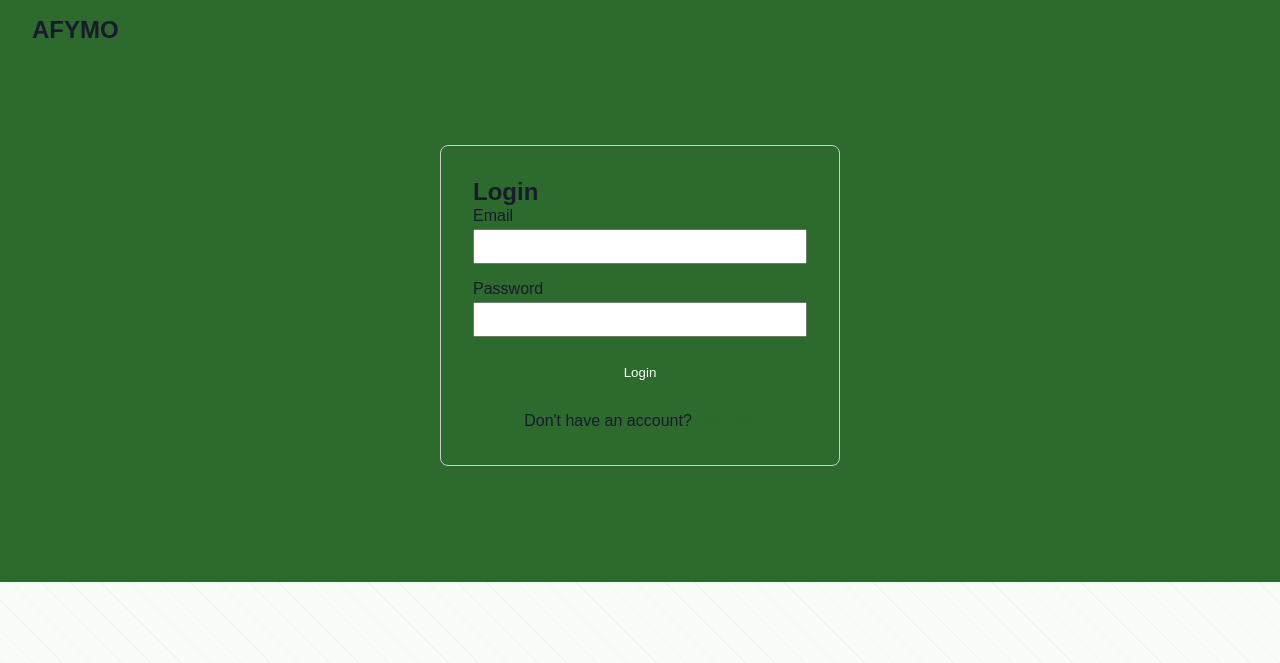
Repository: Bogo02/PhysioApp
Page: /login (app in physioapp-frontend/)
An editor plug-in stored every save of this project. The page is shown before and after the next save, followed by the edit.
The browser window is 1280 px wide. The pictures show the whole page.
The project was rebuilt for these pictures with package versions that can differ from the ones it lists, and the page was loaded fresh each time. Also part of the build but not shown: physioapp-frontend/vite.config.js, physioapp-frontend/src/pages/Home.jsx, physioapp-frontend/src/pages/Register.jsx, physioapp-frontend/src/pages/Dashboard.jsx, physioapp-frontend/src/pages/Appointments.jsx, physioapp-frontend/src/pages/BookAppointment.jsx, physioapp-frontend/src/pages/Profile.jsx, physioapp-frontend/src/pages/Services.jsx and 2 more.

Above is the page before, as saved 2026-06-08 16:34:35.

After the next save:
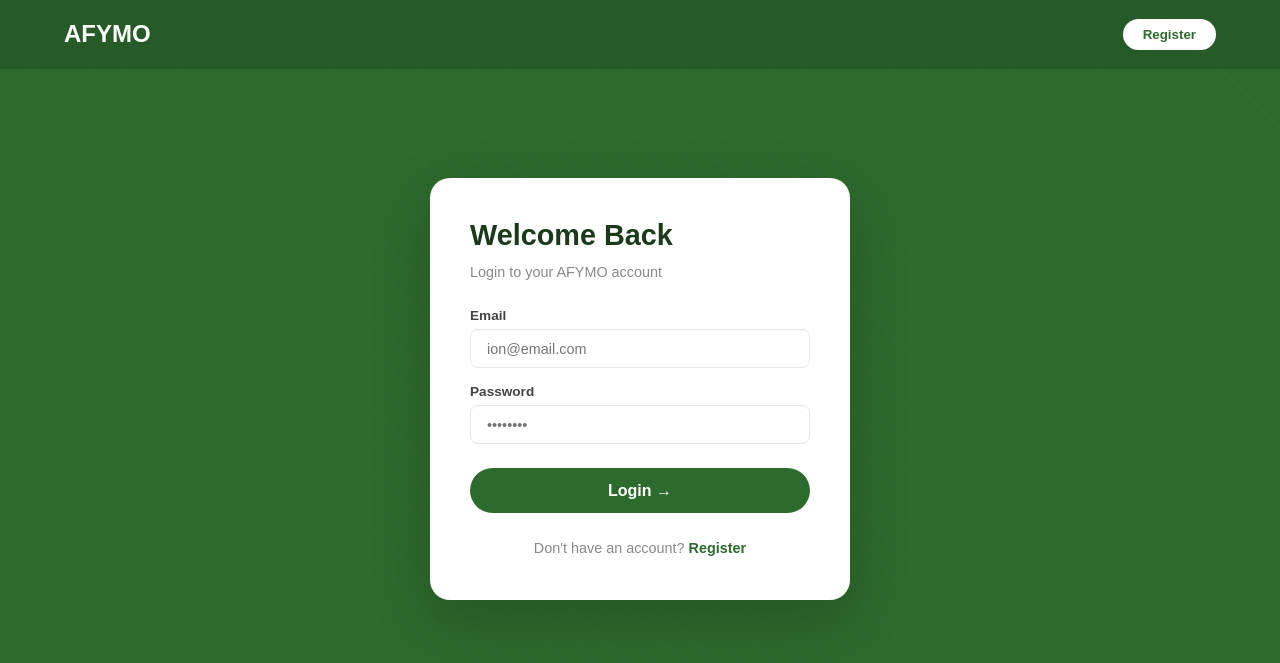
Saved 39 s later.
--- a/physioapp-frontend/src/pages/Login.jsx
+++ b/physioapp-frontend/src/pages/Login.jsx
@@ -11,10 +11,7 @@
   const handleLogin = async (e) => {
     e.preventDefault()
     try {
-      const response = await axios.post('http://localhost:8080/api/auth/login', {
-        email,
-        password
-      })
+      const response = await axios.post('http://localhost:8080/api/auth/login', { email, password })
       localStorage.setItem('token', response.data.token)
       localStorage.setItem('role', response.data.role)
       localStorage.setItem('email', response.data.email)
@@ -25,38 +22,74 @@
   }
 
   return (
-    <div style={{ padding: '1rem 2rem', background: '#2d6a2d' }}>
-        <h2 style={{ margin: 0, cursor: 'pointer' }} onClick={() => navigate('/')}>AFYMO</h2>
-    <div style={{ maxWidth: '400px', margin: '100px auto', padding: '2rem', border: '1px solid #ccc', borderRadius: '8px' }}>
-      <h2>Login</h2>
-      {error && <p style={{ color: 'red' }}>{error}</p>}
-      <form onSubmit={handleLogin}>
-        <div style={{ marginBottom: '1rem' }}>
-          <label>Email</label>
-          <input
-            type="email"
-            value={email}
-            onChange={(e) => setEmail(e.target.value)}
-            style={{ display: 'block', width: '100%', padding: '0.5rem', marginTop: '0.25rem' }}
-          />
+    <div style={{
+      minHeight: '100vh', background: '#2d6a2d',
+      backgroundImage: 'repeating-linear-gradient(45deg, transparent, transparent 20px, rgba(0, 0, 0, 0.03) 20px, rgba(255,255,255,0.03) 21px)'
+    }}>
+      <nav style={{
+        display: 'flex', justifyContent: 'space-between', alignItems: 'center',
+        padding: '1.2rem 4rem', background: 'rgba(0,0,0,0.15)'
+      }}>
+        <h2 style={{ margin: 0, cursor: 'pointer', color: 'white', fontSize: '1.5rem', fontWeight: '800' }}
+          onClick={() => navigate('/')}>AFYMO</h2>
+        <button onClick={() => navigate('/register')} style={{
+          padding: '0.5rem 1.25rem', background: 'white', color: '#2d6a2d',
+          border: 'none', borderRadius: '999px', cursor: 'pointer', fontWeight: '700'
+        }}>Register</button>
+      </nav>
+
+      <div style={{
+        display: 'flex', alignItems: 'center', justifyContent: 'center',
+        minHeight: 'calc(100vh - 80px)', padding: '2rem'
+      }}>
+        <div style={{
+          background: 'white', borderRadius: '20px', padding: '2.5rem',
+          width: '100%', maxWidth: '420px', boxShadow: '0 20px 60px rgba(0,0,0,0.2)'
+        }}>
+          <h2 style={{ color: '#1a3a1a', margin: '0 0 0.5rem', fontSize: '1.8rem', fontWeight: '800' }}>Welcome Back</h2>
+          <p style={{ color: '#888', margin: '0 0 1.5rem', fontSize: '0.9rem' }}>Login to your AFYMO account</p>
+
+          {error && (
+            <div style={{
+              background: '#fee2e2', color: '#991b1b', padding: '0.75rem 1rem',
+              borderRadius: '8px', marginBottom: '1rem', fontSize: '0.9rem'
+            }}>{error}</div>
+          )}
+
+          <form onSubmit={handleLogin} style={{ display: 'flex', flexDirection: 'column', gap: '1rem' }}>
+            <div>
+              <label style={{ color: '#444', fontSize: '0.85rem', fontWeight: '600', display: 'block', marginBottom: '0.4rem' }}>Email</label>
+              <input type="email" value={email} onChange={e => setEmail(e.target.value)}
+                placeholder="ion@email.com"
+                style={{
+                  width: '100%', padding: '0.65rem 1rem', borderRadius: '8px',
+                  border: '1.5px solid #e2e8f0', fontFamily: 'inherit', fontSize: '0.9rem',
+                  boxSizing: 'border-box', outline: 'none'
+                }} />
+            </div>
+            <div>
+              <label style={{ color: '#444', fontSize: '0.85rem', fontWeight: '600', display: 'block', marginBottom: '0.4rem' }}>Password</label>
+              <input type="password" value={password} onChange={e => setPassword(e.target.value)}
+                placeholder="••••••••"
+                style={{
+                  width: '100%', padding: '0.65rem 1rem', borderRadius: '8px',
+                  border: '1.5px solid #e2e8f0', fontFamily: 'inherit', fontSize: '0.9rem',
+                  boxSizing: 'border-box', outline: 'none'
+                }} />
+            </div>
+            <button type="submit" style={{
+              width: '100%', padding: '0.85rem', background: '#2d6a2d', color: 'white',
+              border: 'none', borderRadius: '999px', cursor: 'pointer',
+              fontWeight: '700', fontSize: '1rem', fontFamily: 'inherit', marginTop: '0.5rem'
+            }}>Login →</button>
+          </form>
+
+          <p style={{ textAlign: 'center', marginTop: '1.5rem', color: '#888', fontSize: '0.9rem' }}>
+            Don't have an account?{' '}
+            <span onClick={() => navigate('/register')} style={{ color: '#2d6a2d', fontWeight: '600', cursor: 'pointer' }}>Register</span>
+          </p>
         </div>
-        <div style={{ marginBottom: '1rem' }}>
-          <label>Password</label>
-          <input
-            type="password"
-            value={password}
-            onChange={(e) => setPassword(e.target.value)}
-            style={{ display: 'block', width: '100%', padding: '0.5rem', marginTop: '0.25rem' }}
-          />
-        </div>
-        <button type="submit" style={{ width: '100%', padding: '0.75rem', background: '#2d6a2d', color: 'white', border: 'none', borderRadius: '4px', cursor: 'pointer' }}>
-          Login
-        </button>
-      </form>
-      <p style={{ marginTop: '1rem', textAlign: 'center' }}>
-        Don't have an account? <a href="/register">Register</a>
-      </p>
-    </div>
+      </div>
     </div>
   )
 }
